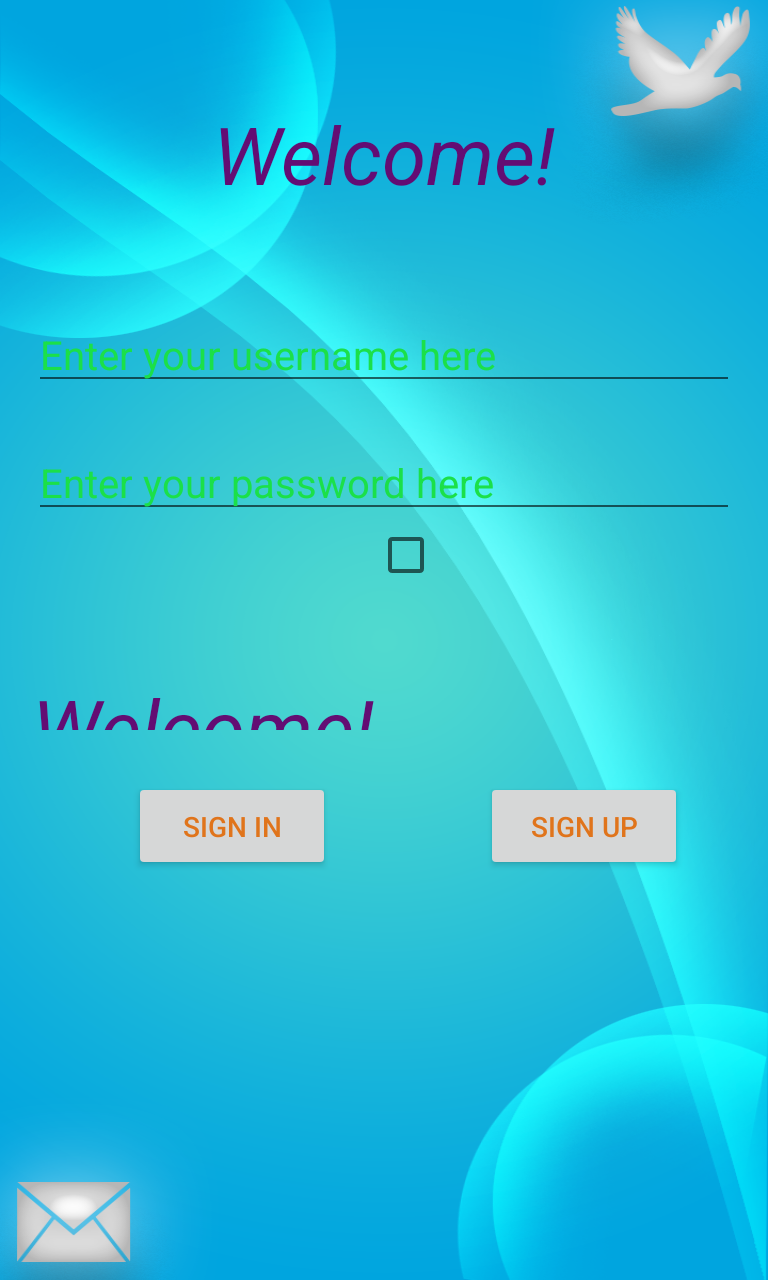
Repository: JodyCoolit/android
Layout: Delivery/res/layout/activity_login.xml
The author's editor kept a copy of each file at every save. The layout is drawn from the files as they stood at one save, then again after the next save.
It is drawn on a 768 x 1280 px phone screen (xhdpi) without system bars, with theme AppTheme; the app's code is not run.

Above is the layout before, as saved 2014-08-25 02:24:59.

After the next save:
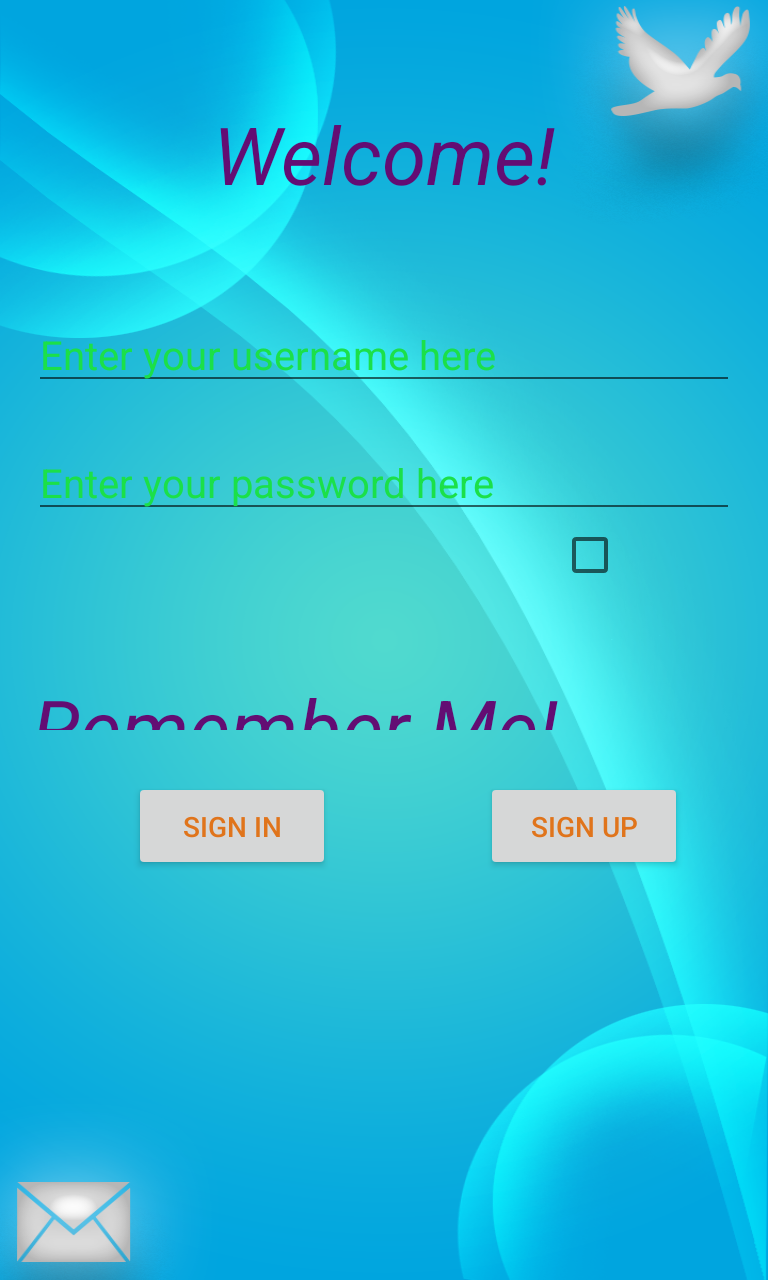
Saved 15 s later.
--- a/Delivery/res/layout/activity_login.xml
+++ b/Delivery/res/layout/activity_login.xml
@@ -49,7 +49,7 @@
         android:layout_marginTop="50sp"
         android:layout_width="wrap_content"
         android:layout_height="wrap_content"
-        android:text="@string/welcome"
+        android:text="@string/rememberMe"
         android:textSize="40sp"
         android:layout_gravity="center"
         android:textStyle="italic"
